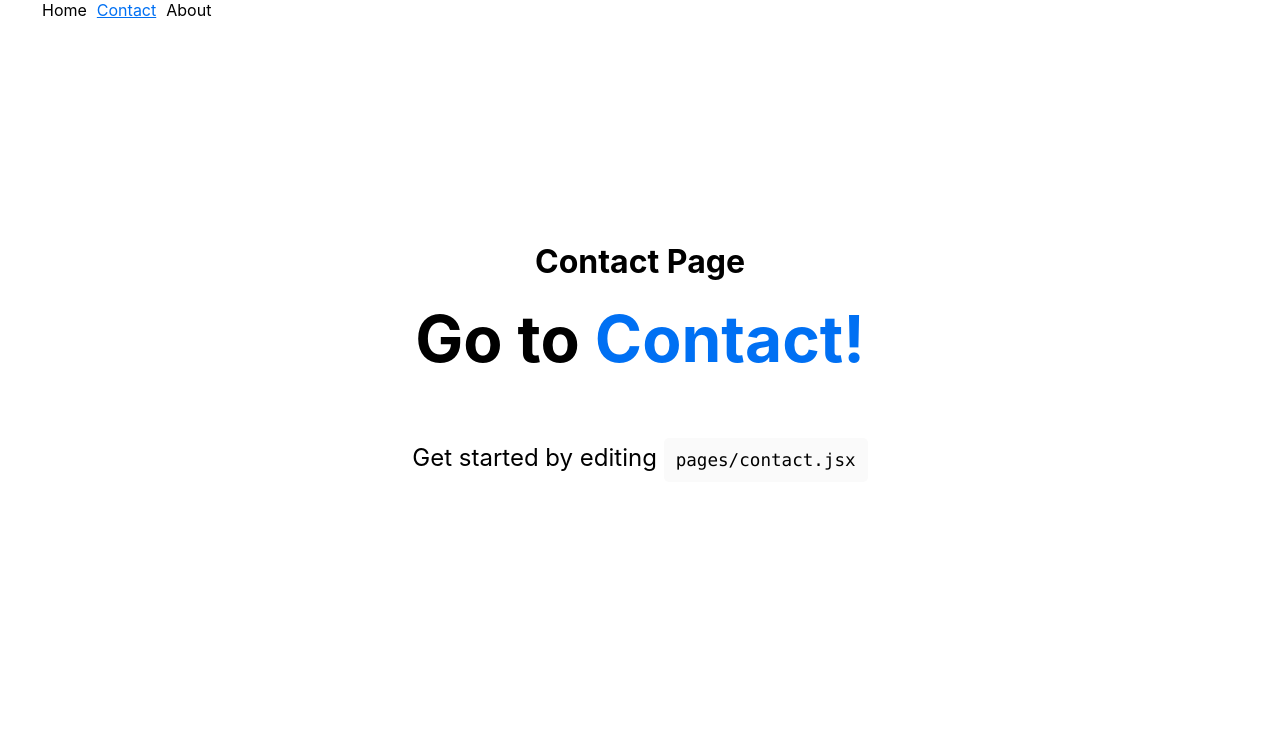
Repository: juagarc4/next-vercel-deploy
Page: /contact
An editor plug-in stored every save of this project. The page is shown before and after the next save, followed by the edit.
The browser window is 1280 px wide. The pictures show the whole page.
The project was rebuilt for these pictures with package versions that can differ from the ones it lists, and the page was loaded fresh each time. The framework's server and built-in components were replaced by stand-ins that run in the browser. Also part of the build but not shown: next.config.js.

Above is the page before, as saved 2022-04-28 21:06:11.

After the next save:
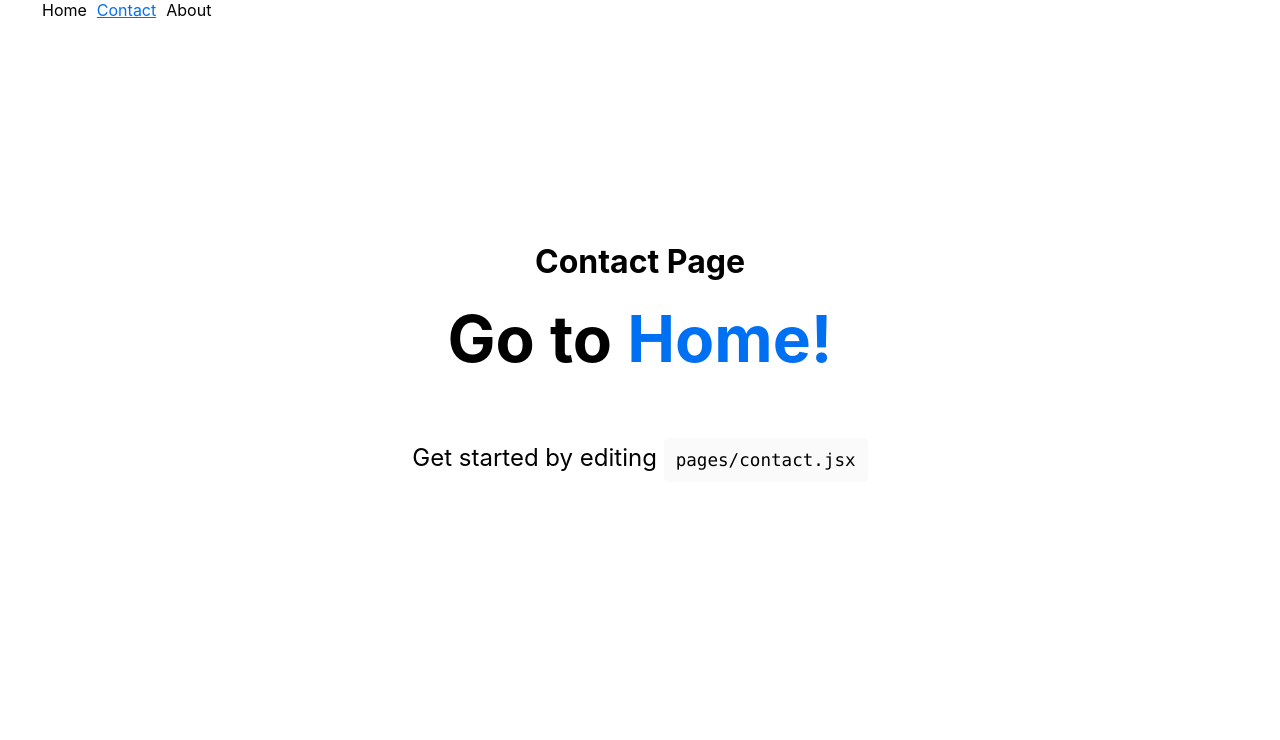
Saved 4 s later.
--- a/pages/contact.jsx
+++ b/pages/contact.jsx
@@ -15,7 +15,7 @@ export default function ContactPage() {
       <main className={styles.main}>
         <h1>Contact Page</h1>
         <h1 className={styles.title}>
-          Go to <Link href='/'>Contact!</Link>
+          Go to <Link href='/'>Home!</Link>
         </h1>
 
         <p className={styles.description}>
